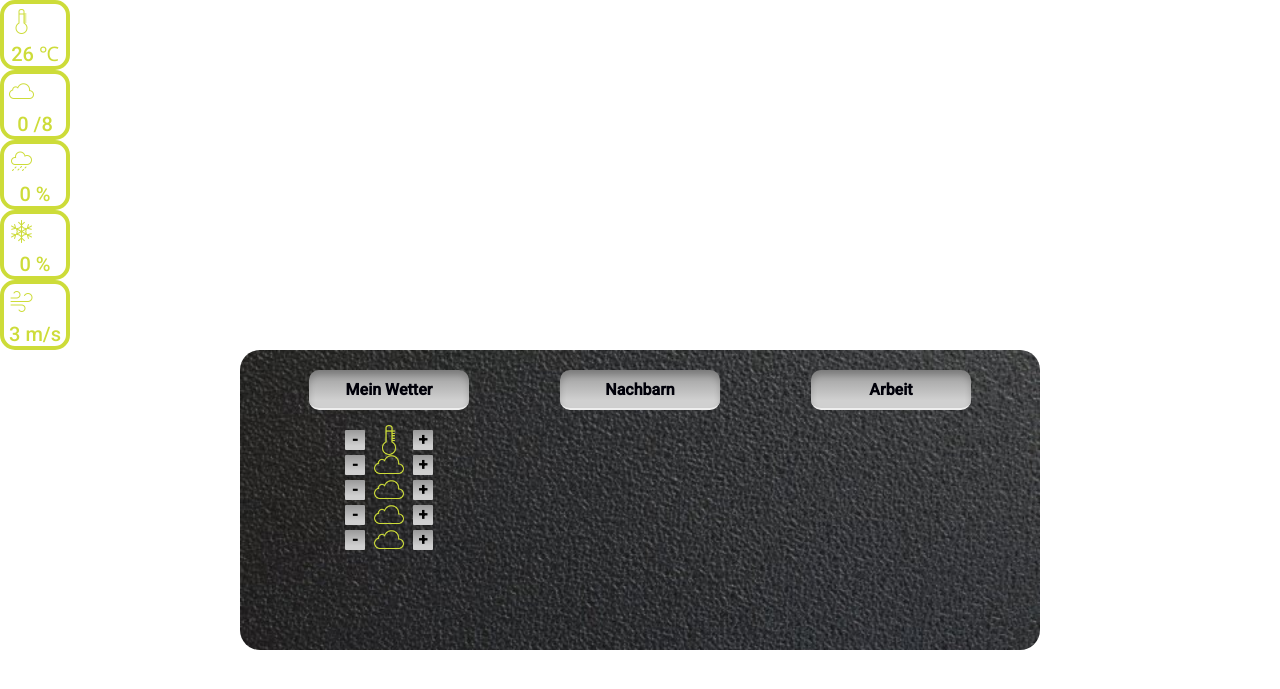
Repository: NadiaSchmitz/wetter.githab.io
Page: index.html
The author's editor kept a record of every edit. The page is drawn from the files as they stood at one moment, then again after the next edit.
The browser window is 1280 px wide. The pictures show the whole page.

Above is the page before.
Not found: styles/background1.css
Not found: styles/background2.css
Not found: styles/background3.css

### index.html
<!DOCTYPE html>
<html>

<head>
  <meta charset="utf-8" />
  <title>Das Wetter</title>
  <link rel="stylesheet" href="./styles/reset.css" type="text/css" />
  <link rel="stylesheet" href="./styles/style.css" type="text/css" />
  <link rel="stylesheet" href="./styles/icons.css" type="text/css" />
  <link rel="stylesheet" href="./styles/textur.css" type="text/css" />
  <link rel="stylesheet" href="./styles/background1.css" type="text/css" />
  <link rel="stylesheet" href="./styles/background2.css" type="text/css" />
  <link rel="stylesheet" href="./styles/background3.css" type="text/css" />
  <meta name="viewport" content="width=device-width, initial-scale=1.0">
  <link rel="preconnect" href="https://fonts.googleapis.com">
  <link rel="preconnect" href="https://fonts.gstatic.com" crossorigin>
  <link href="https://fonts.googleapis.com/css2?family=Roboto:wght@500&display=swap" rel="stylesheet">
  <link rel="shortcut icon" href="images/favicon.png" type="image/x-icon">
  <script src="https://ajax.googleapis.com/ajax/libs/jquery/2.2.0/jquery.min.js"></script>

</head>

<body>
  <section class="wrapper">
    <section class="inner_wrapper">
      <div id="weather" class="main_layout_my_weather">
        <div id="layout_1" class="layout1_my_weather"></div>
        <div class="status_wrapper">
          <div class="status status_temperature">
            <div class="status_value status_temperature_value">
              <span>26</span>
              <span class="celsius">&#8451;</span>
            </div>
          </div>
          <div class="status status_clouds">
            <div class="status_value status_clouds_value">
              <span>0</span>
              <span>/8</span>
            </div>
          </div>
          <div class="status status_rain">
            <div class="status_value status_rain_value">
              <span>0</span>
              <span>%</span>
            </div>
          </div>
          <div class="status status_snow">
            <div class="status_value status_snow_value">
              <span>0</span>
              <span>%</span>
            </div>
          </div>
          <div class="status status_wind">
            <div class="status_value status_wind_value">
              <span>3</span>
              <span>m/s</span>
            </div>
          </div>
        </div>
      </div>
      <div class="control">
        <div class="control_keyboard">
          <div class="control_keyboard_section">
            <div class="weather_button_wrapper">
              <span id="myWeather" class="weather_button">Mein Wetter</span>
            </div>
            <div class="control_keyboard_content">
              <div class="control_keyboard_content_item">
                <span class="control_button temperatur_minus">-</span>
                <span class="control_weather temperatur_value"></span>
                <span class="control_button temperatur_plus">+</span>
              </div>
              <div class="control_keyboard_content_item">
                <span class="control_button clouds_minus">-</span>
                <span class="control_weather clouds_value"></span>
                <span class="control_button clouds_plus">+</span>
              </div>
              <div class="control_keyboard_content_item">
                <span class="control_button clouds_minus">-</span>
                <span class="control_weather clouds_value"></span>
                <span class="control_button clouds_plus">+</span>
              </div>
              <div class="control_keyboard_content_item">
                <span class="control_button clouds_minus">-</span>
                <span class="control_weather clouds_value"></span>
                <span class="control_button clouds_plus">+</span>
              </div>
              <div class="control_keyboard_content_item">
                <span class="control_button clouds_minus">-</span>
                <span class="control_weather clouds_value"></span>
                <span class="control_button clouds_plus">+</span>
              </div>
            </div>
          </div>
          <div class="control_keyboard_section">
            <div class="weather_button_wrapper">
              <span id="nachbarnWeather" class="weather_button">Nachbarn</span>
            </div>
          </div>
          <div class="control_keyboard_section">
            <div class="weather_button_wrapper">
              <span id="arbeitWeather" class="weather_button">Arbeit</span>
            </div>
          </div>
        </div>
      </div>
    </section>
  </section>
  <script type="text/javascript" src="./js/weather.js"></script>
  <script type="text/javascript" src="./js/general.js"></script>
</body>

</html>

### styles/reset.css
html, body, div, span, applet, object, iframe,
h1, h2, h3, h4, h5, h6, p, blockquote, pre,
a, abbr, acronym, address, big, cite, code,
del, dfn, em, img, ins, kbd, q, s, samp,
small, strike, strong, sub, sup, tt, var,
b, u, i, center,
dl, dt, dd, ol, ul, li,
fieldset, form, label, legend,
table, caption, tbody, tfoot, thead, tr, th, td,
article, aside, canvas, details, embed,
figure, figcaption, footer, header, hgroup,
menu, nav, output, ruby, section, summary,
time, mark, audio, video {
	margin: 0;
	padding: 0;
	box-sizing: border-box;
	border: 0;
	font-size: 100%;
	font: inherit;
	vertical-align: baseline;
}
/* HTML5 display-role reset for older browsers */
article, aside, details, figcaption, figure,
footer, header, hgroup, menu, nav, section {
	display: block;
}
body {
	line-height: 1;
}
ol, ul {
	list-style: none;
}
blockquote, q {
	quotes: none;
}
blockquote:before, blockquote:after,
q:before, q:after {
	content: '';
	content: none;
}
table {
	border-collapse: collapse;
	border-spacing: 0;
}

### styles/style.css
.inner_wrapper {
  font-family: 'Roboto', sans-serif;
}

.weather {
  position: relative;
  width: 800px;
  height: 533px;
  background-image: url(../images/palm.jpg);
  background-size: cover;
  background-repeat: no-repeat;
  background-position: 50%;
  margin: 50px auto 20px;
}

.layout {
  position: absolute;
  top: 0;
  bottom: 0;
  left: 0;
  right: 0;
  background-image: url(../images/sunshine.png);
  background-size: cover;
  background-position: 40% 0;
}

.status {
  position: relative;
  width: 70px;
  height: 70px;
  border-radius: 15px;
  border-width: 3px;
  border: 4px solid #cddc39;
  background-size: 25px;
  background-position: 5px 5px;
  background-repeat: no-repeat;
}

.status_value {
  font-size: 20px;
  line-height: 40px;
  text-align: center;
  color: #cddc39;
  margin: 30px 0 0 0;
}

.control {

}

.control_keyboard {
  width: 800px;
  height: 300px;
  background-color: #3a3939;
  background-size: cover;
  border-radius: 20px;
  text-align: center;
  margin: 0 auto;
  padding: 20px;
}

.control_keyboard_section {
  display: inline-block;
  vertical-align: top;
  width: 32.5%;
  padding: 0 10px 0 10px;
}

.weather_button_wrapper {
  margin: 0 0 20px 0;
}

.weather_button {
  width: 160px;
  height: 40px;
  border-bottom: 2px solid #eee;
  box-shadow: inset rgba(0,0,0,0.2) 0px 5px 6px;
  display: block;
  font-size: 16px;
  line-height: 40px;
  color: #000009;
  font-weight: 700;
  text-align: center;
  text-decoration: none;
  background-image: -webkit-linear-gradient(top, #999, #d0d0d0 80%);
  background-image: -moz-linear-gradient(top, #999, #d0d0d0 80%);
  background-image: -ms-linear-gradient(top, #999, #d0d0d0 80%);
  background-image: -o-linear-gradient(top, #999, #d0d0d0 80%);
  background-image: linear-gradient(top, #999, #d0d0d0 80%);
  -moz-border-radius: 10px;
  -webkit-border-radius: 10px;
  border-radius: 10px;
  -webkit-transition: all .1s ease-in;
  -moz-transition: all .1s ease-in;
  -ms-transition: all .1s ease-in;
  -o-transition: all .1s ease-in;
  transition: all .1s ease-in;
  cursor: pointer;
  margin: 0 auto;
}

.weather_button:hover {
  -webkit-box-shadow: rgba(0,0,0,.4) 0 3px 8px;
  -moz-box-shadow: rgba(0,0,0,.4) 0 3px 8px;
  box-shadow: rgba(0,0,0,.4) 0 3px 8px;
}

.weather_button:active {
  color: #777;
  border-bottom: 1px solid #fff;
  -webkit-box-shadow: inset rgba(0,0,0,.5) 0px 5px 10px;
  -moz-box-shadow: inset rgba(0,0,0,.5) 0px 5px 10px;
  box-shadow: inset rgba(0,0,0,.5) 0px 5px 10px;
}

.control_button {
  display: inline-block;
  vertical-align: top;
  width: 20px;
  height: 20px;
  font-size: 16px;
  line-height: 20px;
  font-weight: 700;
  text-align: center;
  background-image: -webkit-linear-gradient(top, #999, #d0d0d0 80%);
  background-image: -moz-linear-gradient(top, #999, #d0d0d0 80%);
  background-image: -ms-linear-gradient(top, #999, #d0d0d0 80%);
  background-image: -o-linear-gradient(top, #999, #d0d0d0 80%);
  background-image: linear-gradient(top, #999, #d0d0d0 80%);
  -moz-border-radius: 1px;
  -webkit-border-radius: 1px;
  border-radius: 1px;
  -webkit-transition: all .1s ease-in;
  -moz-transition: all .1s ease-in;
  -ms-transition: all .1s ease-in;
  -o-transition: all .1s ease-in;
  transition: all .1s ease-in;
}

.control_weather {
  display: inline-block;
  vertical-align: top;
  width: 30px;
  height: 30px;
  background-position: 50%;
  background-size: cover;
  margin: -5px 5px 0 5px;
}

### js/weather.js
var weatherArray = [];
weatherArray = [
  {
    weatherOwner: "myWeather",
    temperaturUnderLimit: 25,
    temperaturStandart: 26,
    temperaturUpperLimit: 27,
    cloudsUnderLimit: 0,
    cloudsStandart: 0,
    cloudsUpperLimit: 1,
    rainUnderLimit: 0,
    rainStandart: 0,
    rainUpperLimit: 5,
    snowUnderLimit: 0,
    snowStandart: 0,
    snowUpperLimit: 0,
    windUnderLimit: 3,
    windStandart: 3,
    windUpperLimit: 5,
    mainLayout: "",
    layout1: "",
    layout2: ""
  },

  {
    weatherOwner: "nachbarnWeather",
    temperaturUnderLimit: 3,
    temperaturStandart: 5,
    temperaturUpperLimit: 8,
    cloudsUnderLimit: 7,
    cloudsStandart: 8,
    cloudsUpperLimit: 9,
    rainUnderLimit: 80,
    rainStandart: 90,
    rainUpperLimit: 100,
    snowUnderLimit: 0,
    snowStandart: 0,
    snowUpperLimit: 0,
    windUnderLimit: 20,
    windStandart: 30,
    windUpperLimit: 40,
    mainLayout: "",
    layout1: "",
    layout2: ""
  },

  {
    weatherOwner: "arbeitWeather",
    temperaturUnderLimit: -10,
    temperaturStandart: -20,
    temperaturUpperLimit: -30,
    cloudsUnderLimit: 3,
    cloudsStandart: 4,
    cloudsUpperLimit: 5,
    rainUnderLimit: 0,
    rainStandart: 0,
    rainUpperLimit: 100,
    snowUnderLimit: 0,
    snowStandart: 0,
    snowUpperLimit: 0,
    windUnderLimit: 20,
    windStandart: 30,
    windUpperLimit: 40,
    mainLayout: "",
    layout1: "",
    layout2: ""
  },
]

### js/general.js
$(document).ready(function() {
    var widthScreen = $(window).width() - 700;
    var heightScreen = widthScreen / 1.5;

    var screenRatio = widthScreen / heightScreen;

    console.log(widthScreen);
    console.log(heightScreen);
    console.log(screenRatio);

    $(".weather").css("width", widthScreen);
    $(".weather").css("height", heightScreen);
})

Loaded but not shown: styles/icons.css (library); styles/textur.css (library)

After the next edit:
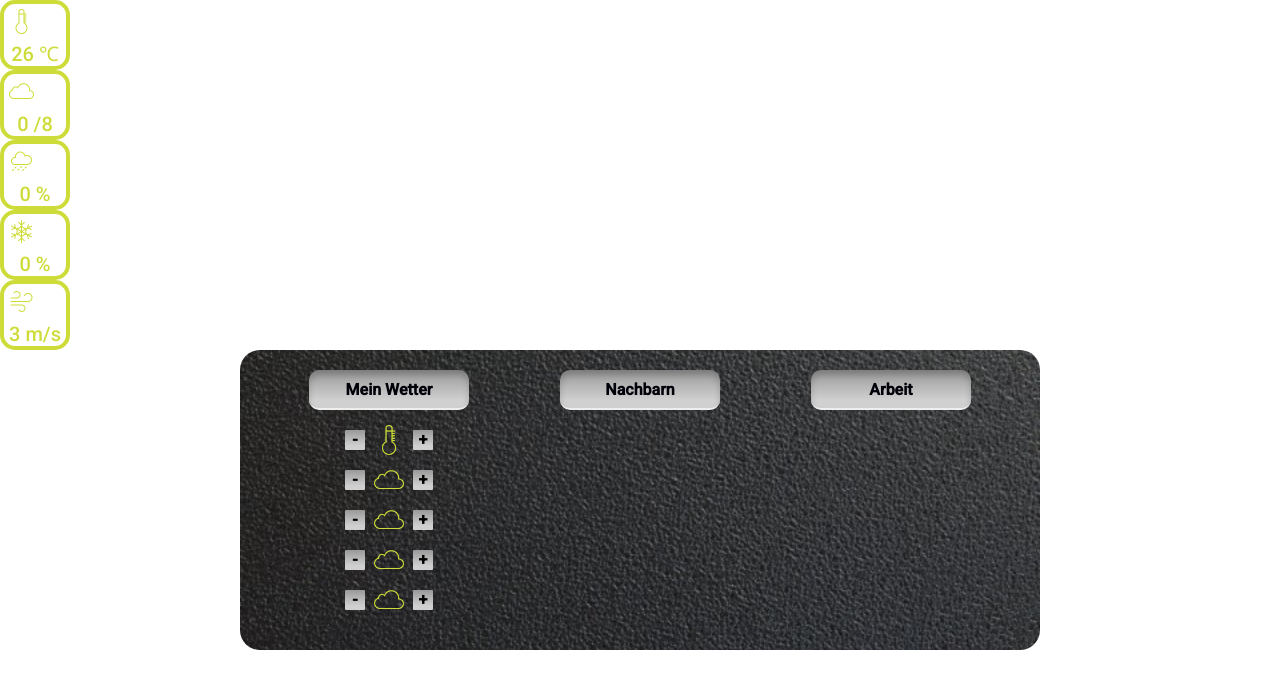
The edit:
--- a/styles/style.css
+++ b/styles/style.css
@@ -113,6 +113,10 @@
   box-shadow: inset rgba(0,0,0,.5) 0px 5px 10px;
 }
 
+.control_keyboard_content_item {
+  margin: 0 0 15px 0;
+}
+
 .control_button {
   display: inline-block;
   vertical-align: top;
